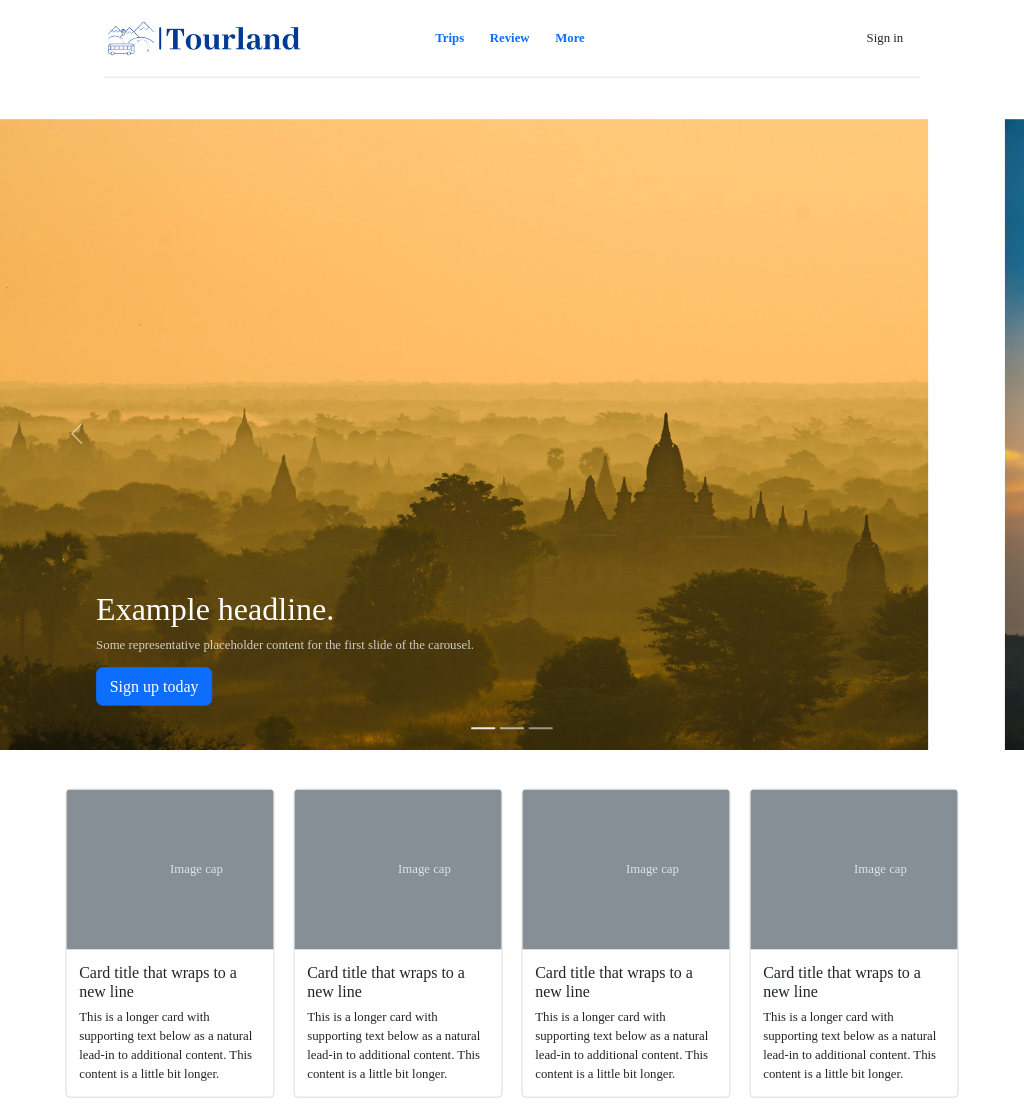
Repository: nyeinsu4520/tourland
Page: http://localhost/index
These files come from the project's save history. The page is drawn as it stood at one moment and after the next save; the edit follows.
The browser window is 1280 px wide. The pictures show the whole page, at 80% of full size.
Some web fonts or font styles are not loaded; a fallback is used. The page is this project's Thymeleaf template; nobody is signed in. The template is opened directly, without the code that normally fills it, so the values that code supplies are empty.

Above is the page before, as saved 2024-05-31 17:18:35.

After the next save:
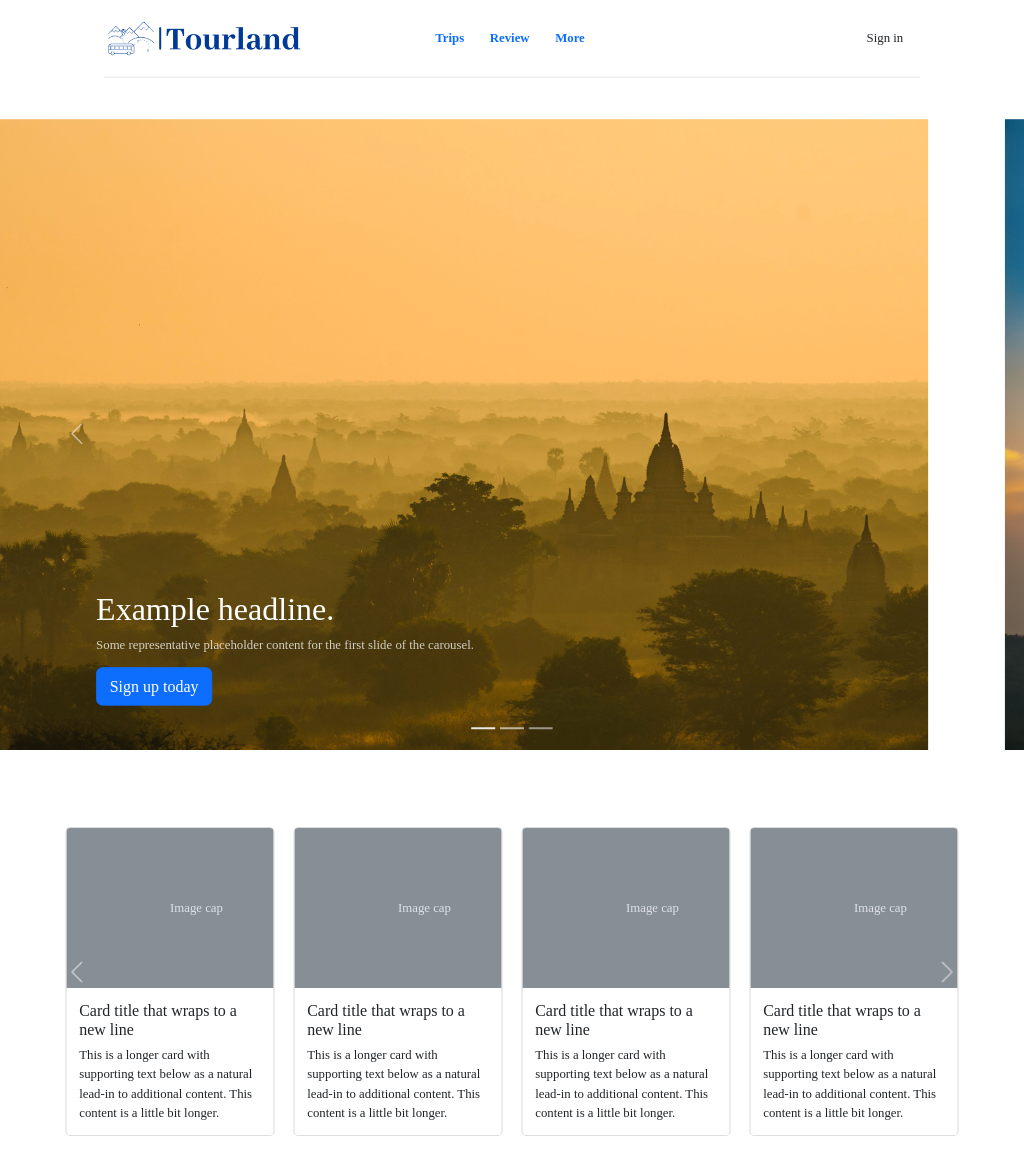
Saved 2 min 15 s later.
--- a/Tourland/src/main/resources/templates/index.html
+++ b/Tourland/src/main/resources/templates/index.html
@@ -126,47 +126,61 @@
       </button>
     </div>
 
-	<div class="container mt-5">
-	<div class="row">
-	<div class="col-sm-6 col-md-4 col-lg-3 mb-4">
-        <div class="card">
-        <svg class="bd-placeholder-img card-img-top" width="100%" height="200" xmlns="http://www.w3.org/2000/svg" role="img" aria-label="Placeholder: Image cap" preserveAspectRatio="xMidYMid slice" focusable="false"><title>Placeholder</title><rect width="100%" height="100%" fill="#868e96"/><text x="50%" y="50%" fill="#dee2e6" dy=".3em">Image cap</text></svg>
-         	<div class="card-body">
-         	<h5 class="card-title">Card title that wraps to a new line</h5>
-         	<p class="card-text">This is a longer card with supporting text below as a natural lead-in to additional content. This content is a little bit longer.</p>
-          	</div>
+	<div id="cardCarousel" class="carousel slide mt-5 pt-5" data-bs-ride="carousel">
+    <div class="carousel-inner">
+        <div class="carousel-item active">
+            <div class="container">
+                <div class="row">
+                    <div class="col-sm-6 col-md-4 col-lg-3 mb-4">
+                        <div class="card">
+                            <svg class="bd-placeholder-img card-img-top" width="100%" height="200" xmlns="http://www.w3.org/2000/svg" role="img" aria-label="Placeholder: Image cap" preserveAspectRatio="xMidYMid slice" focusable="false"><title>Placeholder</title><rect width="100%" height="100%" fill="#868e96"/><text x="50%" y="50%" fill="#dee2e6" dy=".3em">Image cap</text></svg>
+                            <div class="card-body">
+                                <h5 class="card-title">Card title that wraps to a new line</h5>
+                                <p class="card-text">This is a longer card with supporting text below as a natural lead-in to additional content. This content is a little bit longer.</p>
+                            </div>
+                        </div>
+                    </div>
+                    <div class="col-sm-6 col-md-4 col-lg-3 mb-4">
+                        <div class="card">
+                            <svg class="bd-placeholder-img card-img-top" width="100%" height="200" xmlns="http://www.w3.org/2000/svg" role="img" aria-label="Placeholder: Image cap" preserveAspectRatio="xMidYMid slice" focusable="false"><title>Placeholder</title><rect width="100%" height="100%" fill="#868e96"/><text x="50%" y="50%" fill="#dee2e6" dy=".3em">Image cap</text></svg>
+                            <div class="card-body">
+                                <h5 class="card-title">Card title that wraps to a new line</h5>
+                                <p class="card-text">This is a longer card with supporting text below as a natural lead-in to additional content. This content is a little bit longer.</p>
+                            </div>
+                        </div>
+                    </div>
+                    <div class="col-sm-6 col-md-4 col-lg-3 mb-4">
+                        <div class="card">
+                            <svg class="bd-placeholder-img card-img-top" width="100%" height="200" xmlns="http://www.w3.org/2000/svg" role="img" aria-label="Placeholder: Image cap" preserveAspectRatio="xMidYMid slice" focusable="false"><title>Placeholder</title><rect width="100%" height="100%" fill="#868e96"/><text x="50%" y="50%" fill="#dee2e6" dy=".3em">Image cap</text></svg>
+                            <div class="card-body">
+                                <h5 class="card-title">Card title that wraps to a new line</h5>
+                                <p class="card-text">This is a longer card with supporting text below as a natural lead-in to additional content. This content is a little bit longer.</p>
+                            </div>
+                        </div>
+                    </div>
+                    <div class="col-sm-6 col-md-4 col-lg-3 mb-4">
+                        <div class="card">
+                            <svg class="bd-placeholder-img card-img-top" width="100%" height="200" xmlns="http://www.w3.org/2000/svg" role="img" aria-label="Placeholder: Image cap" preserveAspectRatio="xMidYMid slice" focusable="false"><title>Placeholder</title><rect width="100%" height="100%" fill="#868e96"/><text x="50%" y="50%" fill="#dee2e6" dy=".3em">Image cap</text></svg>
+                            <div class="card-body">
+                                <h5 class="card-title">Card title that wraps to a new line</h5>
+                                <p class="card-text">This is a longer card with supporting text below as a natural lead-in to additional content. This content is a little bit longer.</p>
+                            </div>
+                        </div>
+                    </div>
+                </div>
+            </div>
         </div>
+        <!-- Add more carousel-item divs if needed -->
     </div>
-    <div class="col-sm-6 col-md-4 col-lg-3 mb-4">
-        <div class="card">
-        <svg class="bd-placeholder-img card-img-top" width="100%" height="200" xmlns="http://www.w3.org/2000/svg" role="img" aria-label="Placeholder: Image cap" preserveAspectRatio="xMidYMid slice" focusable="false"><title>Placeholder</title><rect width="100%" height="100%" fill="#868e96"/><text x="50%" y="50%" fill="#dee2e6" dy=".3em">Image cap</text></svg>
-         	<div class="card-body">
-         	<h5 class="card-title">Card title that wraps to a new line</h5>
-         	<p class="card-text">This is a longer card with supporting text below as a natural lead-in to additional content. This content is a little bit longer.</p>
-          	</div>
-        </div>
-    </div>
-    <div class="col-sm-6 col-md-4 col-lg-3 mb-4">
-        <div class="card">
-        <svg class="bd-placeholder-img card-img-top" width="100%" height="200" xmlns="http://www.w3.org/2000/svg" role="img" aria-label="Placeholder: Image cap" preserveAspectRatio="xMidYMid slice" focusable="false"><title>Placeholder</title><rect width="100%" height="100%" fill="#868e96"/><text x="50%" y="50%" fill="#dee2e6" dy=".3em">Image cap</text></svg>
-         	<div class="card-body">
-         	<h5 class="card-title">Card title that wraps to a new line</h5>
-         	<p class="card-text">This is a longer card with supporting text below as a natural lead-in to additional content. This content is a little bit longer.</p>
-          	</div>
-        </div>
-    </div>
-    <div class="col-sm-6 col-md-4 col-lg-3 mb-4">
-        <div class="card">
-        <svg class="bd-placeholder-img card-img-top" width="100%" height="200" xmlns="http://www.w3.org/2000/svg" role="img" aria-label="Placeholder: Image cap" preserveAspectRatio="xMidYMid slice" focusable="false"><title>Placeholder</title><rect width="100%" height="100%" fill="#868e96"/><text x="50%" y="50%" fill="#dee2e6" dy=".3em">Image cap</text></svg>
-         	<div class="card-body">
-         	<h5 class="card-title">Card title that wraps to a new line</h5>
-         	<p class="card-text">This is a longer card with supporting text below as a natural lead-in to additional content. This content is a little bit longer.</p>
-          	</div>
-        </div>
-    </div>
-    </div>
-
-	</div>
+    <button class="carousel-control-prev" type="button" data-bs-target="#cardCarousel" data-bs-slide="prev">
+        <span class="carousel-control-prev-icon" aria-hidden="true"></span>
+        <span class="visually-hidden">Previous</span>
+    </button>
+    <button class="carousel-control-next" type="button" data-bs-target="#cardCarousel" data-bs-slide="next">
+        <span class="carousel-control-next-icon" aria-hidden="true"></span>
+        <span class="visually-hidden">Next</span>
+    </button>
+</div>
 
 
 
